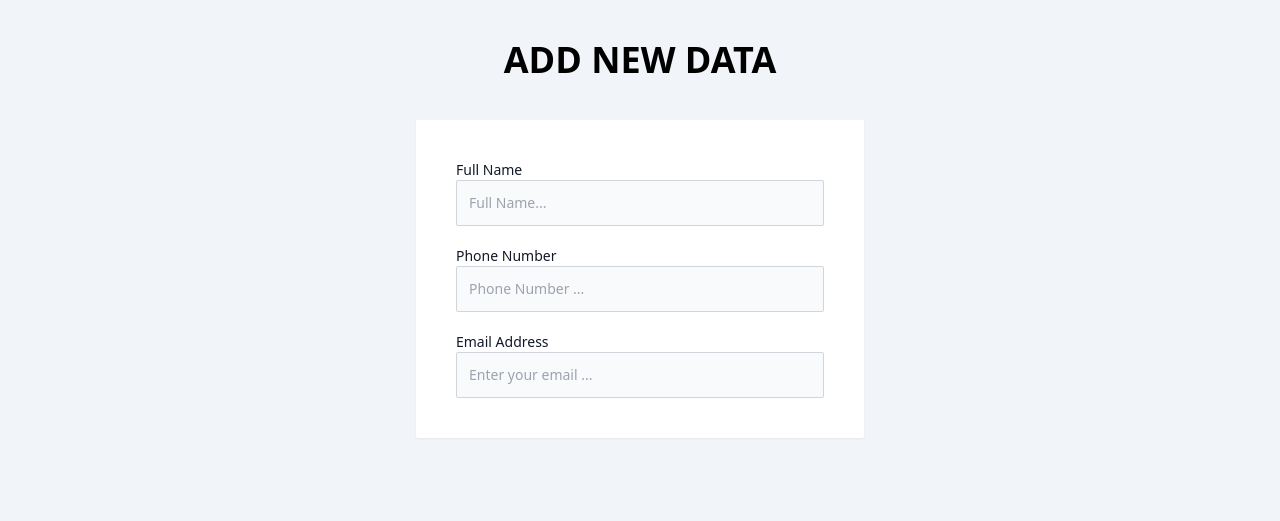
Repository: KilluaProject/crud-nextjs14
Page: /contacts/create
An editor plug-in stored every save of this project. The page is shown before and after the next save, followed by the edit.
The browser window is 1280 px wide. The pictures show the whole page.
The project was rebuilt for these pictures with package versions that can differ from the ones it lists, and the page was loaded fresh each time. The framework's server and built-in components were replaced by stand-ins that run in the browser. Also part of the build but not shown: next.config.mjs.

Above is the page before, as saved 2024-06-30 14:19:16.

After the next save:
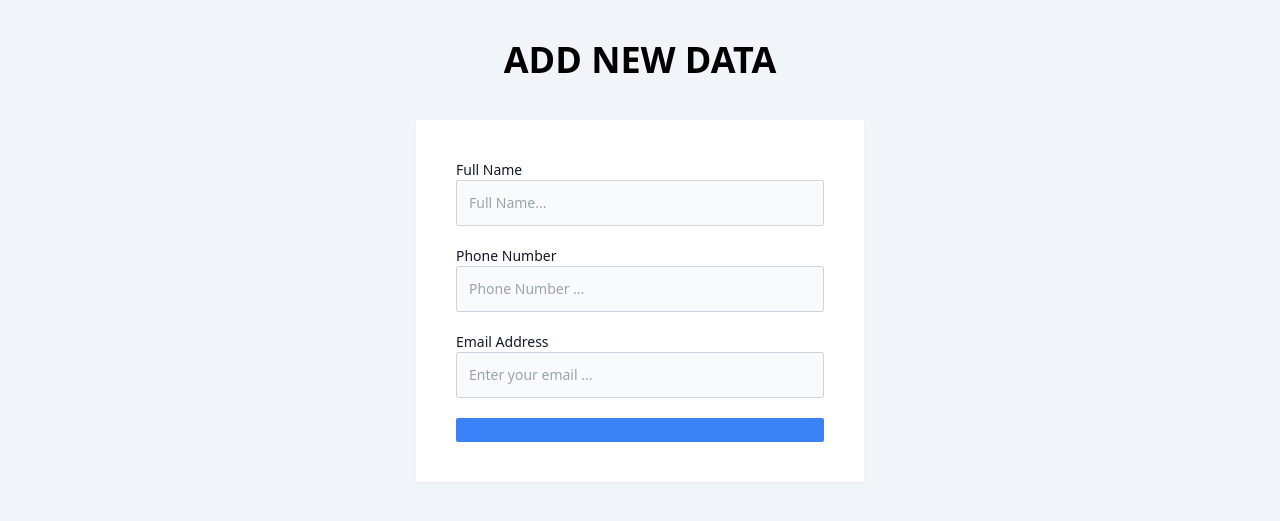
Saved 2 min 11 s later.
--- a/components/CreateForm.tsx
+++ b/components/CreateForm.tsx
@@ -18,6 +18,8 @@ const CreateForm = () => {
           <label htmlFor="email" className='block text-sm font-medium text-gray-900'>Email Address</label>
           <input type="email" name='email' id='email' placeholder='Enter your email ...' className='bg-gray-50 border border-gray-300 text-gray-900 text-sm rounded-sm focus:ring-blue-500 focus:border-blue-500 block w-full p-3' />
         </div>
+
+        <button type='submit' className='text-white bg-blue-500 hover:bg-blue-800 font-medium rounded-sm text-sm w-full py-3 px-5'></button>
       </form>
     </div>
   )
